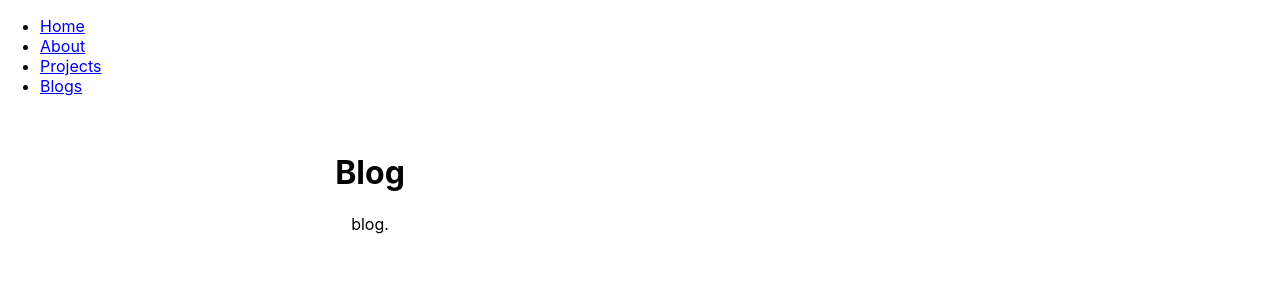
Repository: nicholaschen09/personalWebsite
Page: /blogs
The author's editor kept a copy of each file at every save. The page is drawn from the files as they stood at one save, then again after the next save.
The browser window is 1280 px wide. The pictures show the whole page.
The project was rebuilt for these pictures with package versions that can differ from the ones it lists, and the page was loaded fresh each time. Also part of the build but not shown: src/components/About.css, src/components/About.js, src/components/Home.css, src/components/Home.js, src/components/Projects.css, src/components/Projects.js.

Above is the page before, as saved 2024-05-23 00:19:19.

### src/App.js
import React from 'react';
import { BrowserRouter as Router, Route, Routes, Link } from 'react-router-dom';
import About from './components/About.js';
import Home from './components/Home.js';
import Projects from './components/Projects.js';
import Blog from './components/Blog.js';

function App() {
  return (
    <Router>
      <div>
        <nav>
          <ul>
            <li>
              <Link to="/">Home</Link>
            </li>
            <li>
              <Link to="/about">About</Link>
            </li>
            <li>
              <Link to="/projects">Projects</Link>
            </li>
            <li>
              <Link to="/blogs">Blogs</Link>
            </li>
          </ul>
        </nav>

        <Routes>
          <Route path="/about" element={<About />} />
          <Route path="/" element={<Home />} />
          <Route path="/projects" element={<Projects />} />
          <Route path="/blogs" element={<Blog />} />
        </Routes>
      </div>
    </Router>
  );
}

export default App;

### src/components/Blog.js
import React from 'react';
import './Blog.css';

const Blog = () => {
    return (
        <div className="blog">
            <h1>Blog</h1>
            <p>blog.</p>
        </div>
    );
};

export default Blog;

### src/components/Blog.css
.blog {
    text-align: center;
    padding: 20px;
    width: 700px;
}

Loaded but not shown: public/index.html (common file); src/index.js (common file); src/index.css (common file); src/reportWebVitals.js (common file)

After the next save:
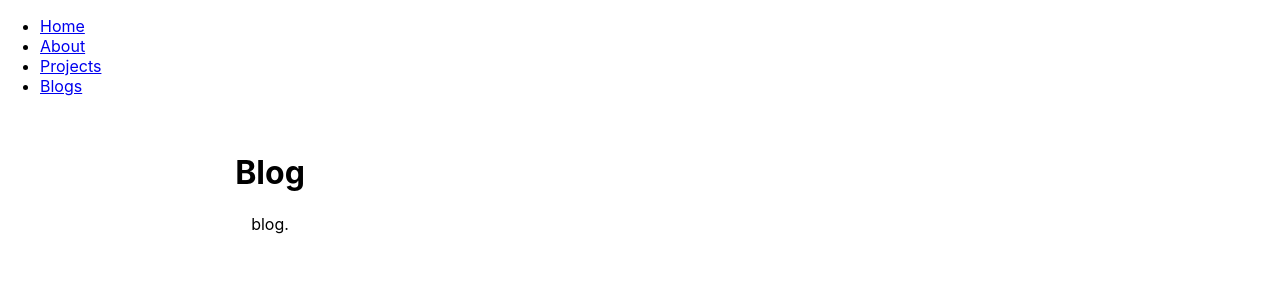
Saved 7 s later.
--- a/src/components/Blog.css
+++ b/src/components/Blog.css
@@ -1,5 +1,5 @@
 .blog {
     text-align: center;
     padding: 20px;
-    width: 700px;
+    width: 500px;
 }

After the save that followed:
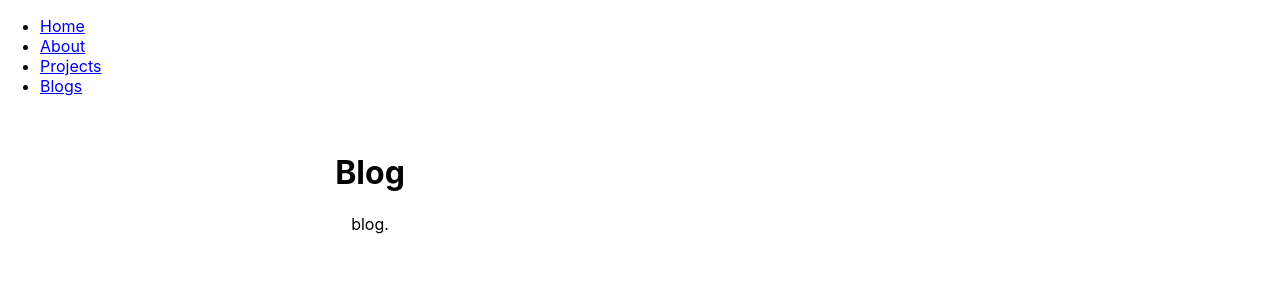
Saved 13 s later.
--- a/src/components/Blog.css
+++ b/src/components/Blog.css
@@ -1,5 +1,5 @@
 .blog {
     text-align: center;
     padding: 20px;
-    width: 500px;
+    width: 700px;
 }
